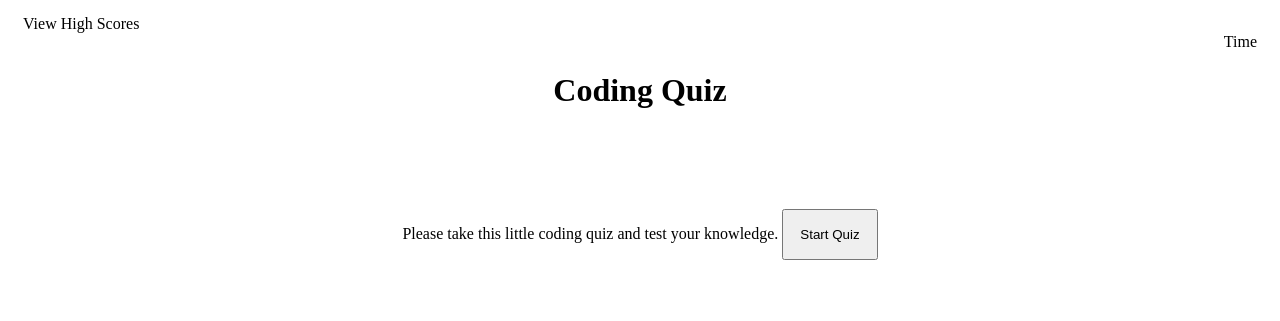
Repository: Naomilounsbury/code-quiz
Page: index.html
An editor plug-in stored every save of this project. The page is shown before and after the next save, followed by the edit.
The browser window is 1280 px wide. The pictures show the whole page.

Above is the page before, as saved 2021-11-28 19:00:54.

### index.html
<!DOCTYPE html>
<html lang="en">
<head>
    <meta charset="UTF-8">
    <meta http-equiv="X-UA-Compatible" content="IE=edge">
    <meta name="viewport" content="width=device-width, initial-scale=1.0">
    <title>Code Quiz</title>
    <link rel="stylesheet" href="./assets/css/styles.css">
</head>
<body>
    <!-- basic words on the page, how do i get stuff inline? -->
 <header>
    <div class="high-scores">
     View High Scores
 </div>
 <!-- oh god I have to actually figure out how to do a timer -->
 <div class="time">
     Time
 </div>
 <h1 class="title">Coding Quiz</h1>
</header>
<!-- I then created a div element to introduce, maybe I'll add more to it later -->
 <div class="intro">

     Please take this little coding quiz and test your knowledge.
     <!-- I connected the button to the javascrpt woohoo -->
     <button onclick="onStartQuiz()">
         Start Quiz
     </button>
 </div>
 <!-- here is the quiz -->
 <form id="questions-form">
 <div class="question" >

 </div>

</form>
<script src="./assets/js/script.js"></script>
</body>
</html>

### assets/css/styles.css
header {
    margin: 10px;
    padding: 5px;
    text-decoration-color: black;

}
.high-scores{
    text-align: left;
}
.time{
    text-align: right;
}
h1{
    height: 100px;
    text-align: center;

}
.intro{
    text-align: center;
}
.question{
    text-align: center;

}
button{
    padding: 16px;

    text-align: center;
    align-content: center;
}

### assets/js/script.js
//first I am grabbing my variables from the html so that I can later use them inside functions
var questionDivEl = document.querySelector(".question");

//the thing I want to do with this local storage is be able to
//store the answers and scores of the quiz
//localStorage.setItem("questionIndex", "0")
let questionIndex = 0
//we want to change it so its a let
let score = 0
let timeLeft = 60
//I want to create an onclick function eventually
function countdown() {

    // created a timer that attached to the html element "time"
    var timeInterval = setInterval(function () {
        document.querySelector(".time").innerText = "Time:" + timeLeft
        timeLeft--
    }, 1000);
}
var onStartQuiz = function () {
    countdown();
    //when the quiz starts it grabs the first object in the array
    var currentQuestion = questions[questionIndex];

    //its going into the html and taking the div clas question and setting the value equal to the current question
    questionDivEl.innerText = currentQuestion.question
    //I had to pass in currentQuestions because it wasn't defined inside this function
    createButtons(currentQuestion)

}

    //same shit, I had to pass in currentQuestion
var createButtons = function(currentQuestion){

    //I created buttons with create element
    //and then I added stuff to the button from the array using btn.innerHtml.
    //and then I had document.questionDivEl to get the variable but that didn't work
    //so finally I deleted the "document" and it worked but I'm not exactly sure why because I just checked the taskinator to see
    var btn = document.createElement("button");
    btn.innerHTML = currentQuestion.a
    btn.id = "btn-a";
    btn.type = "button";
    btn.className = "btn"
    btn.addEventListener("click", turnBlue);
    questionDivEl.appendChild(btn);

    var btn = document.createElement("button");
    btn.innerHTML = currentQuestion.b
    btn.id = "btn-b";
    btn.type = "button";
    btn.className = "btn"
    btn.addEventListener("click", turnBlue);
    questionDivEl.appendChild(btn);


    var btn = document.createElement("button");
    btn.innerHTML = currentQuestion.c
    btn.id = "btn-c";
    btn.type = "button";
    btn.className = "btn"
    btn.addEventListener("click", turnBlue);
    questionDivEl.appendChild(btn);


    var btn = document.createElement("button");
    btn.innerHTML = currentQuestion.d
    btn.id = "btn-d";
    btn.type = "button";
    btn.className = "btn"
    btn.addEventListener("click", turnBlue);
    questionDivEl.appendChild(btn);


    var btn = document.createElement("button");
    //i need a btn to go to the next question but its not working
    btn.innerHTML = "Next Question"
    //fuck you buttons
    btn.id = "next-question";
    btn.type = "button";
    btn.addEventListener("click", nextQuestion);
    questionDivEl.appendChild(btn);

     //if the questions we've gone through equals the questions that are in the array then we show score
     if(questionIndex == questions.length-1){
        btn.innerHTML = "Finish Quiz"
        btn.removeEventListener("click", nextQuestion);
        btn.addEventListener("click", showScore)

     }
}
var nextQuestion = function () {

    //need to save the blue answer if background color is blue whe get the id of the btn
    //and compare it to the answer
    //saving all the btns in a variable
    var btnList = document.querySelectorAll(".btn");
    //I originally put var here but it can't be a variable because I need to reset it to something else inside the for loop
    let checkIt = ""
    for (let i = 0; i < btnList.length; i++) {
        //if the background color is blue then I am setting the variable checkit to the btn id
        //this will hopefully save the btn id
        if (btnList[i].style.backgroundColor === "blue") {
            checkIt = btnList[i].id
        }
        //it needs the currentQuestion in the createbuttons
    }


    //the first paramenter of verifyAnswer is the current question
    verifyAnswer(questions[questionIndex], checkIt)


    //questionIndex++=questionIndex plus 1, which would change our index to the next question in our list
    questionIndex++
    console.log(questionIndex)
    //change the innertext for the question
    var currentQuestion = questions[questionIndex];
    questionDivEl.innerText = currentQuestion.question
    //update answer options

    createButtons(questions[questionIndex])
    //if the questions we've gone through equals the questions that are in the array then we show score
    if(questionIndex == questions.length-1){

    }

}
var turnBlue = function (event) {
    //when btn onclick, turn btn blue
    //so I made a variable to select all the buttons to change color when they are clicked
    //because I want them to turn blue when clicked but I also don't want them to all turn blue
    //I want whichever is the most recent clicked button to turn blue
    //I didn't know how to do this so w3schools https://www.w3schools.com/js/js_htmldom_nodelist.asp
    //was very helpful
    var btnList = document.querySelectorAll(".btn")
    for (let i = 0; i < btnList.length; i++) {
        btnList[i].style.backgroundColor = "white"
    }
    event.target.style.backgroundColor = "blue";

}
//whenever we call verifyAnswer, we are feeding it the current question
var verifyAnswer = function (currentQuestion, btnId) {
    //btn- is an empty string and we are replaing it as an empty string so the remaining part of the string a, b, c, or d is left as the received answer
    //woah so cool, replacing parts of strings
    //check recieved answer against the current question answer
    var receivedAnswer = btnId.replace("btn-", "")
    //if answer is correct, update overallScore
    if (receivedAnswer === currentQuestion.answer) {
        //I feel like I might need some math here
        score++
    }
    //if answer is incorrect, update overallScore and steal time
    if (receivedAnswer !== currentQuestion.answer) {
        timeLeft = timeLeft-5

    }

}
var showScore = function (){

    questionDivEl.innerText = "Your score is " + score + "/" + questions.length

}
//making an array of questions
var questions = [
    {
        //right now the key question is a string
        question: "To create an array, what kid of brackets are used?",
        answer: "a",
        a: "square brackets",
        b: "angle brackets",
        c: "curly brackets",
        d: "parentheses",
        //an array holds a list of items and since each question is an object we need a fucking comma
    },
    {
        question: "how do you create a branch with github?",
        answer: "b",
        a: "git push",
        b: "git branch",
        c: "git add",
        d: "git commit",
    },
    {
        question: "What is a callback function?",
        answer: "b",
        a: "a function that is inside another function",
        b: "a function passed as an argument to another function",
        c: "a function that runs after a set delay",
        d: "a function that runs forever",

    },
    {
        question: "What does DOM stand for?",
        answer: "b",
        a: "Data Object Monitor",
        b: "Document Object Model",
        c: "Dynamic Object Monitor",
        d: "Data Object Model",

    },
    {
        question: "What does event.preventDefault do when added to a function?",
        answer: "a",
        a: "it prevents the default action that belongs to the event from running",
        b: "it stops all code from running",
        c: "it makes the text on the page stand up and dance a jig",
        d: "it creates a new default for the function",

    }

]
//styles
//timer needs to stop on finish quiz (clearInterval needs to have the name of the function it was given, its a callback)
//make an input element for the initials
//save the score in local storage

After the next save:
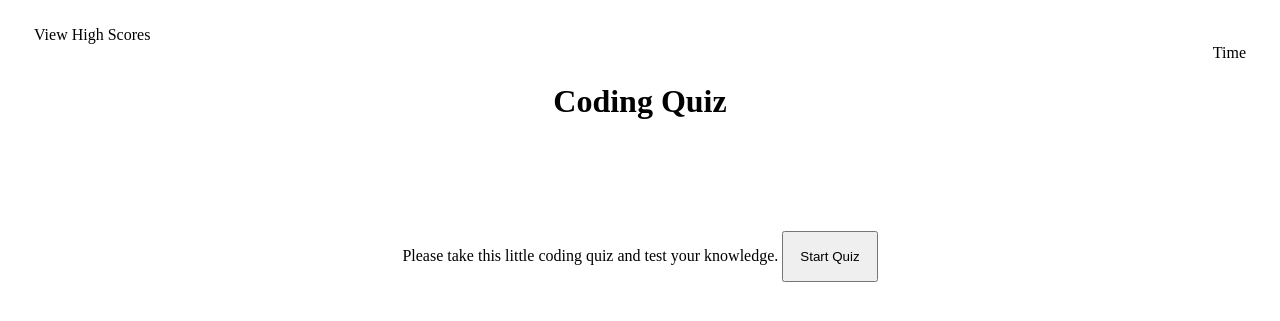
Saved 3 s later.
--- a/assets/css/styles.css
+++ b/assets/css/styles.css
@@ -1,6 +1,9 @@
+*{
+    box-sizing: border-box
+}
 header {
     margin: 10px;
-    padding: 5px;
+    padding: 16px;
     text-decoration-color: black;
 
 }
